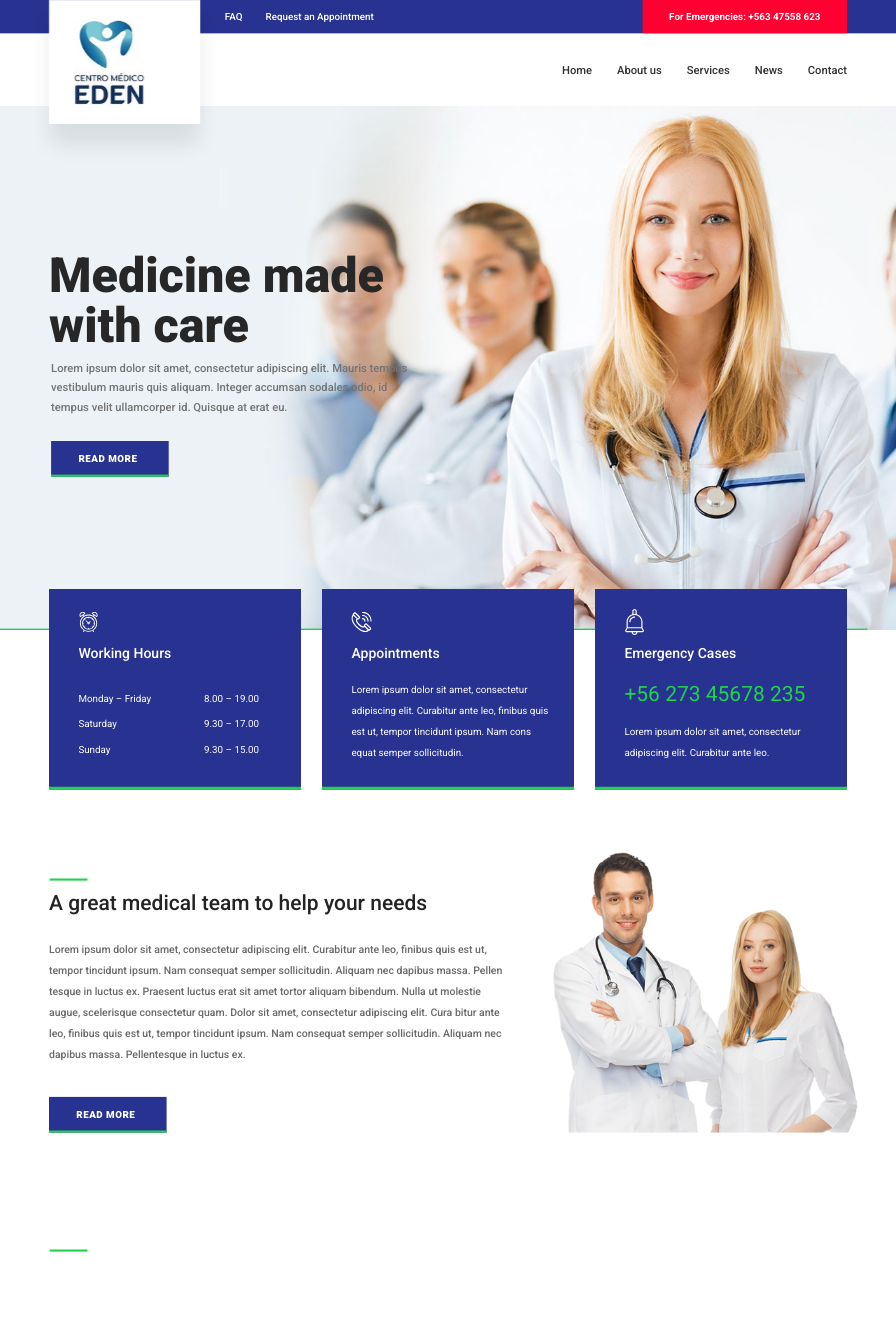
Repository: Nanitamo/centro-medico-eden-webpage
Page: index.html
An editor plug-in stored every save of this project. The page is shown before and after the next save, followed by the edit.
The browser window is 1280 px wide. The pictures show the part of the page from y = 0 to 1920 px (the page is 4535 px tall), at 70% of full size.

Above is the page before, as saved 2020-06-18 13:18:22.

After the next save:
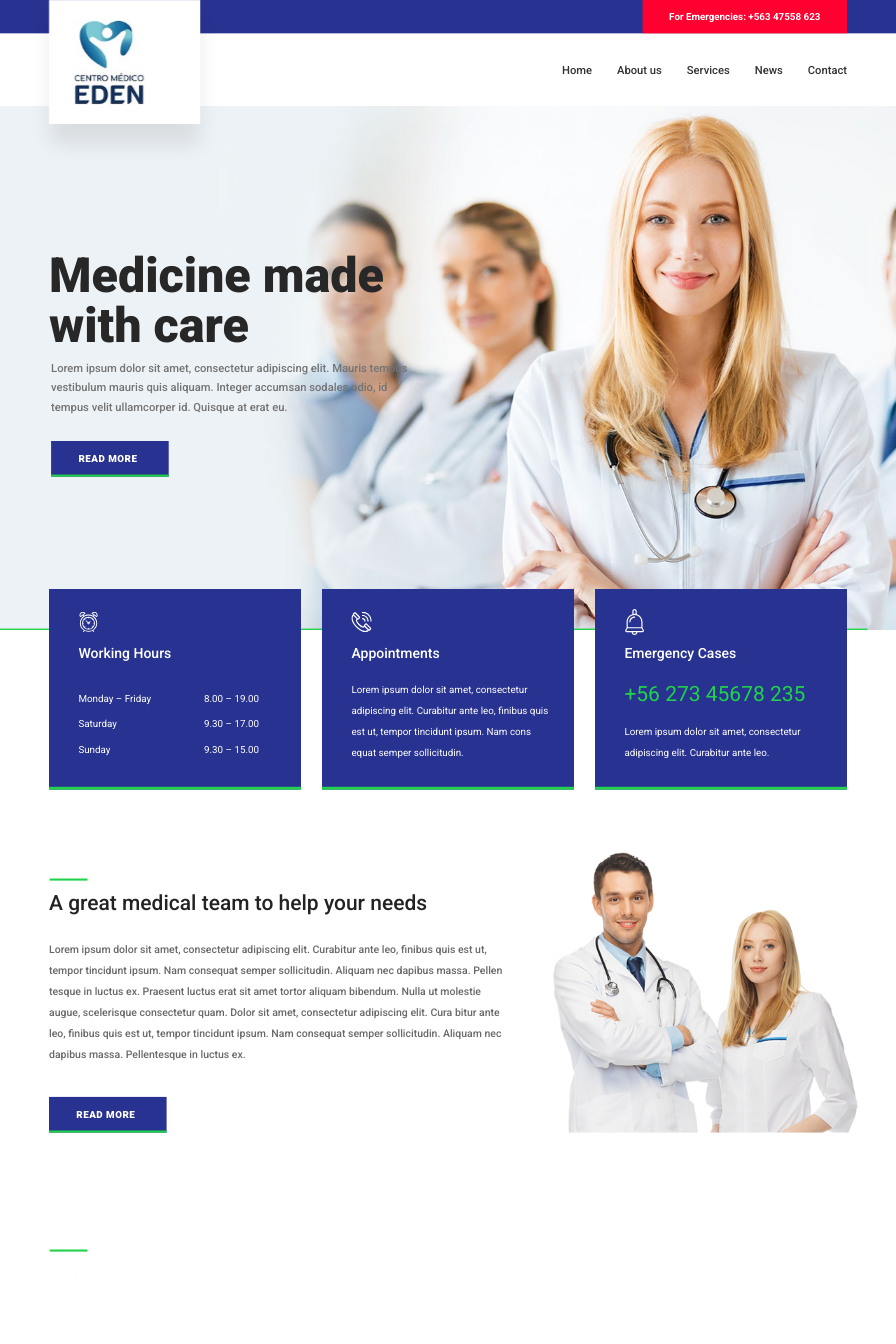
Saved 49 s later.
--- a/index.html
+++ b/index.html
@@ -28,8 +28,8 @@
 				<div class="row">
 					<div class="col">
 						<div class="top_bar_content d-flex flex-row align-items-center justify-content-start">
-							<div class="top_bar_item"><a href="#">FAQ</a></div>
-							<div class="top_bar_item"><a href="#">Request an Appointment</a></div>
+							<!-- <div class="top_bar_item"><a href="#">FAQ</a></div>
+							<div class="top_bar_item"><a href="#">Request an Appointment</a></div> -->
 							<div class="emergencies  d-flex flex-row align-items-center justify-content-start ml-auto">For Emergencies: +563 47558 623</div>
 						</div>
 
